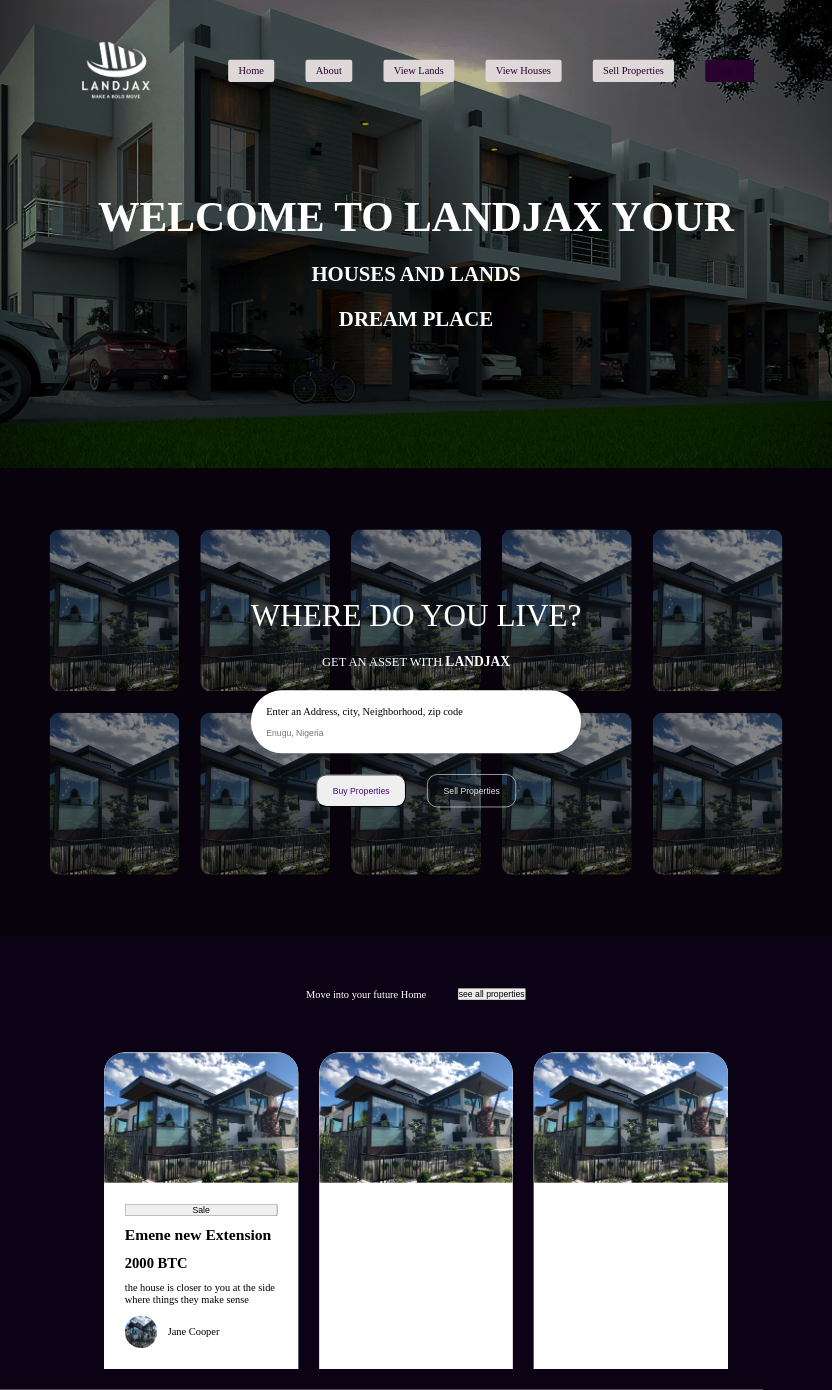
Repository: NorVirae/landjax-frontend
Page: /
An editor plug-in stored every save of this project. The page is shown before and after the next save, followed by the edit.
The browser window is 1280 px wide. The pictures show the whole page, at 65% of full size.
The project was rebuilt for these pictures with package versions that can differ from the ones it lists, and the page was loaded fresh each time. The framework's server and built-in components were replaced by stand-ins that run in the browser. Also part of the build but not shown: next.config.js.

Above is the page before, as saved 2022-07-03 06:45:58.

### pages/_app.tsx
import '../src/styles/Landing.css'
import '../src/styles/Global.css'


import type { AppProps } from 'next/app'

function MyApp({ Component, pageProps }: AppProps) {
  return <Component {...pageProps} />
}

export default MyApp

### pages/index.tsx
import type { NextPage } from 'next'
import Head from 'next/head'
import Image from 'next/image'
import Navbar from '../src/components/Navbar'
import HouseImg from '../src/assets/24.png'

const Home = () => {
  return (
    <div>
      <Head>
        <title>Land Jax</title>
        <meta name="description" content="Generated by create next app" />
        <link rel="icon" href="/favicon.ico" />
      </Head>


      <main>
        <section className='carousel__container'>
          <Navbar />

          <div className='carousel__welcome-screen'>
            <h2 className='carousel__welcome-text'>WELCOME TO LANDJAX YOUR</h2>
            <h3 className='carousel__house-lands'>HOUSES AND LANDS</h3>
            <h4 className='carousel__dream-place'>DREAM PLACE</h4>

          </div>

        </section>

        <section className='house__preview'>

          <div className='house__preview-overlay'>

          </div>

          <div className='house__preview-inner'>
            <Image src={HouseImg} height={"250rem"} objectFit={"cover"} width="200rem" className='house__image-preview'/>
            <Image src={HouseImg} height={"250rem"} objectFit={"cover"} width="200rem" className='house__image-preview'/>
            <Image src={HouseImg} height={"250rem"} objectFit={"cover"} width="200rem" className='house__image-preview'/>
            <Image src={HouseImg} height={"250rem"} objectFit={"cover"} width="200rem" className='house__image-preview'/>
            <Image src={HouseImg} height={"250rem"} objectFit={"cover"} width="200rem" className='house__image-preview'/>
            <Image src={HouseImg} height={"250rem"} objectFit={"cover"} width="200rem" className='house__image-preview'/>
            <Image src={HouseImg} height={"250rem"} objectFit={"cover"} width="200rem" className='house__image-preview'/>
            <Image src={HouseImg} height={"250rem"} objectFit={"cover"} width="200rem" className='house__image-preview'/>
            <Image src={HouseImg} height={"250rem"} objectFit={"cover"} width="200rem" className='house__image-preview'/>
            <Image src={HouseImg} height={"250rem"} objectFit={"cover"} width="200rem" className='house__image-preview'/>

          </div>

          <section className='house__intro'>
            <p className='house__live'> WHERE DO YOU LIVE?</p>
            <p className='house__asset'> GET AN ASSET WITH <span className='house__land-annouce'>LANDJAX</span></p>

            <div className='house__form-group'>
              <label className='house__form-label'>Enter an Address, city, Neighborhood, zip code</label>
              <input className="house__form-control" placeholder='Enugu, Nigeria' />
            </div>
            <div className='house__btn-ecom-container'>
              <button className='house__btn-buy-prop'>Buy Properties</button>
              <button className='house__btn-sell-prop'>Sell Properties</button>
            </div>


          </section>

        </section>

        <section className='future__container'>
          <div className='future__header'>
            <p>Move into your future Home</p>
            <button>
              see all properties
            </button>
          </div>

          <div className='future__houses-card-container'>
            <section className='future__house-card'>
              <Image src={HouseImg} className='future__card-img'/>
              <div className='future__card-body'>
                <button className='future__'>Sale</button>
                <h3 className='future__card-title'>
                  Emene new Extension
                </h3>
                <span className='future__card-price'>
                  2000 BTC
                </span>

                <p className='future__card-desc'>
                  the house is closer to you at the side where things they make sense
                </p>

                <div className='future__profile-container'>
                  <Image src={HouseImg} height="50rem" width={"50rem"} className="future__profile-img" />
                  Jane Cooper
                </div>
              </div>
            </section>

            <section className='future__house-card'>
              <Image src={HouseImg} className='future__card-img'/>
            </section>

            <section className='future__house-card'>
              <Image src={HouseImg} className='future__card-img'/>
            </section>
          </div>
        </section>

      </main>

      <footer>

      </footer>
    </div>
  )
}

export default Home

### src/styles/Landing.css
.carousel__container{
    background-repeat: no-repeat;
    background-image: url('../assets/1.png');
    background-size: cover;
    height: 100vh;
    width: 100vw;
}
.navbar{
    display: flex;
    justify-content: space-around;
    padding: 4rem;
    align-items: center;
}


.navbar .nav {
    display: flex;
    text-decoration: none;
    list-style: none;
    gap: 3rem;
}

.navbar .nav a{

}

.navbar__nav-link{
    /* padding: 3rem 2rem; */
    color: #25012C;
}

.navbar__nav-item{
    background-color: #DED8D9;
    color: #25012C;
    padding: .5rem 1rem;
    border-radius: .2rem;

}

.sign-in{
    background-color: #290230;
    color: #DFDDDF!important;

}

.carousel__welcome-screen{
    padding: 5rem 3rem;
    color: white;
    display: flex;
    justify-content: center;
    align-items: center;
    flex-direction: column;
    gap: 2rem;
}


.carousel__welcome-text{
    font-size: 4rem;
}
.carousel__house-lands{
    font-size: 2rem;
}
.carousel__dream-place{
    font-size: 2rem;
}


.house__preview{
    height: 100vh;
    width: 100vw;
    display: flex;
    justify-content: center;
    align-items: center;
    display: flex;
    flex-direction: column;
    background-color: #0D0316;
    position: relative;

}

.house__preview-inner{
    display: grid;
    gap: 2rem;
    grid-template-columns: repeat(5, 1fr);

}

.house__preview-overlay{
    background-color: #0000007e;
    height: 100vh;
    width: 100vw;
    position: absolute;
    left: 0%;
    top: 0%;
    z-index: 2;
}

.house__image-preview{
    border-radius: 1rem;
}

.house__intro {
    display: flex;
    justify-content: center;
    align-items: center;
    flex-direction: column;
    gap: 2rem;
    position: absolute;
    color: white;
    z-index: 3;
}

.house__live{
    font-size: 3rem;
}

.house__asset{
    font-size: 1.2rem;
}

.house__land-annouce{
    font-weight: 900;
    font-size: 1.3rem;
}

.house__form-group{
    background-color: white;
    border: 1rem;
    padding: 1.5rem;
    border-radius: 3rem;
    display: flex;
    flex-direction: column;
    gap: 1rem;
    width: 100%;
}

.house__form-label{
    color: black;
}

.house__form-control{
    border: none;
}

.house__form-control:focus{
    outline: none;
}

.house__btn-ecom-container{
    display: flex;
    gap: 2rem;
}

.house__btn-buy-prop{
    padding: 1rem 1.5rem;
    border-radius: 1rem;
    color: #470C76;

}

.house__btn-sell-prop{
    padding: 1rem 1.5rem;
    border-radius: 1rem;
    color: #E1E2E2;
    background-color: transparent;
    border: .1rem solid #E1E2E2;

}

.future__container{
    width: 100vw;
    background-color: #0C0215;
    padding: 2rem 3rem;

    display: flex;
    justify-content: center;
    align-items: center;
    flex-direction: column;
    gap: 2rem;
}

.future__header{
    color: white;
    display: flex;
    align-items: center;
    gap: 3rem;
    padding: 3rem 7rem;
}


.future__prop-text{
    font-size: 3rem;

}
.future__btn-prop{
    font-size: 1.2rem;
    padding: 1rem 3rem;
    background-color: #2B0549;
    color: white;
    border: none;
}
.future__houses-card-container{
    display: grid;
    grid-template-columns: repeat(3, 1fr);
    gap: 2rem;
    margin: auto 3rem;
    max-width: 60rem;
}

.future__house-card{
    display: flex;
    flex-direction: column;
    color: white;
    border-top-left-radius: 2rem;
    border-top-right-radius: 2rem;
    height: 100%;
    background-color: #ffff;
    position: relative;

}

.future__card-img{
    border-top-left-radius: 2rem;
    border-top-right-radius: 2rem;

}

.future__card-body{
    display: flex;
    flex-direction: column;
    color: #000;
    gap: 1rem;
    padding: 2rem;
}

.future__card-title{
    font-weight: 900;
    font-size: 1.5rem;
}

.future__card-price{
    font-size: 1.4rem;
    font-weight: 900;
}

.future__card-desc{
    font-size: 1rem;
}

.future__profile-container{
    display: flex;
    align-items: center;
    gap: 1rem;

}
.future__profile-img{
    border-radius: 100%;
}

.future__btn-sale{
    background-color: #5E4D7C;
    color: #EBE9EF;
    padding: .3rem 1rem;
    border-radius: .3rem;
    position: absolute;
    border: none;
    font-size: .9rem;
    right: 5%;
    top: 5%;
    z-index: 2;
}

.explore__market-container{
    display: flex;
    gap: 4rem;
    justify-content: space-around;
    background-image: url(../assets//16.png);
}

### src/styles/Global.css
* {
    padding: 0;
    margin: 0;
    box-sizing: border-box;
}

a {
    text-decoration: none;
}

### src/components/Navbar.tsx
import Link from "next/link";
import React from "react";
import Image from "next/image";
import Logo from "../assets/logo.png"

const Navbar:React.FC = ({}) => {

    return (
        <nav className="navbar">
            <Link href="#">
                <Image className="navbar_brand" src={Logo} width="120rem" objectFit="contain" height="90rem" />
            </Link>
            <ul className="nav">
                <li className="navbar__nav-item">
                    <Link href={"/"}>
                        <a className={"navbar__nav-link"}>
                            Home
                        </a>
                    </Link>
                </li>

                <li className="navbar__nav-item">
                    <Link href={"/"}>
                        <a className={"navbar__nav-link"}>
                            About
                        </a>
                    </Link>
                </li>

                <li className="navbar__nav-item">
                    <Link href={"/view/lands"}>
                        <a className={"navbar__nav-link"}>
                            View Lands
                        </a>
                    </Link>
                </li>

                <li className="navbar__nav-item">
                    <Link href={"/view/houses"}>
                        <a className={"navbar__nav-link"}>
                            View Houses
                        </a>
                    </Link>
                </li>

                <li className="navbar__nav-item">
                    <Link href={"/sell/properties"}>
                        <a className={"navbar__nav-link"}>
                            Sell Properties
                        </a>
                    </Link>
                </li>

                <li className="navbar__nav-item sign-in">
                    <Link href={"/login"}>
                        <a className={"navbar__nav-link"}>
                            Log In
                        </a>
                    </Link>
                </li>
            </ul>
        </nav>
    )

}

export default Navbar;

After the next save:
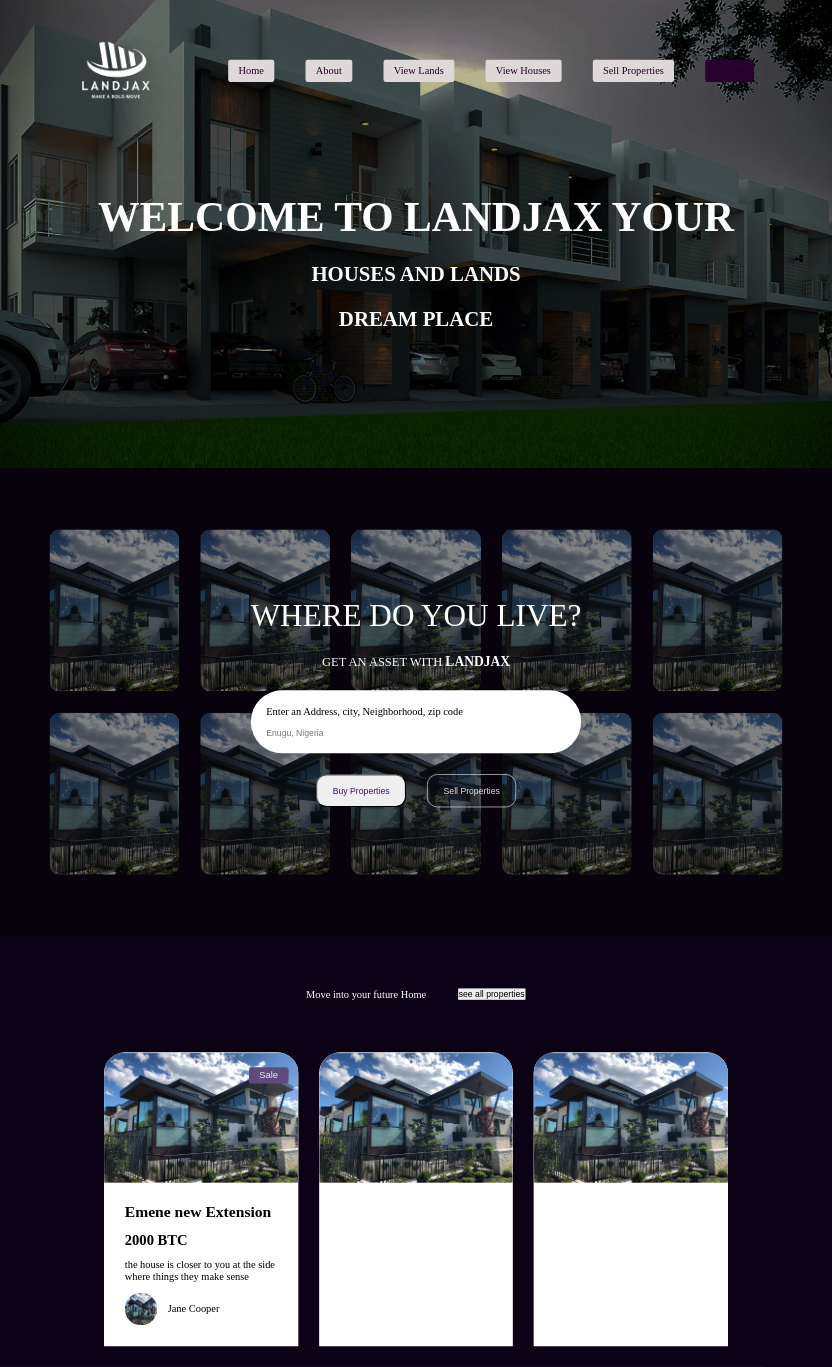
Saved 16 s later.
--- a/pages/index.tsx
+++ b/pages/index.tsx
@@ -77,7 +77,7 @@
             <section className='future__house-card'>
               <Image src={HouseImg} className='future__card-img'/>
               <div className='future__card-body'>
-                <button className='future__'>Sale</button>
+                <button className='future__btn-sale'>Sale</button>
                 <h3 className='future__card-title'>
                   Emene new Extension
                 </h3>
